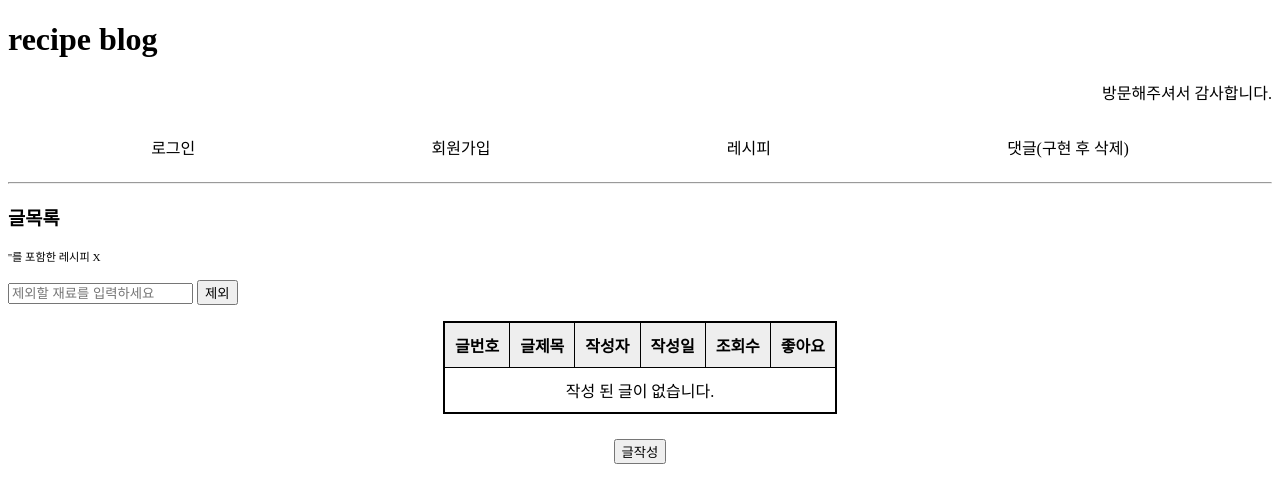
Repository: jeong-hyeran/recipe
Page: http://localhost/recipe/WEB-INF/views/board/searchList.jsp
The author's editor kept a copy of each file at every save. The page is drawn from the files as they stood at one save, then again after the next save.
The browser window is 1280 px wide. The pictures show the whole page.
The page is served by Tomcat 9. Nobody is signed in. The template is opened directly, without the code that normally fills it, so the values that code supplies are empty.

Above is the page before, as saved 2023-09-27 09:24:20.

After the next save:
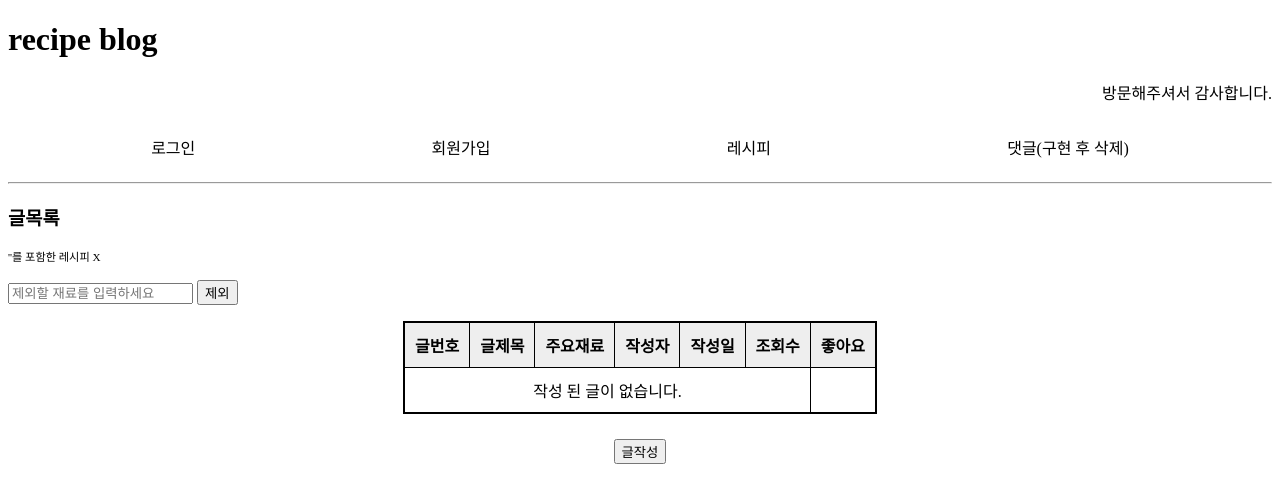
Saved 50 s later.
--- a/recipe_project/recipe/src/main/webapp/WEB-INF/views/board/searchList.jsp
+++ b/recipe_project/recipe/src/main/webapp/WEB-INF/views/board/searchList.jsp
@@ -23,6 +23,7 @@
 		<tr>
 			<th>글번호</th>
 			<th>글제목</th>
+			<th>주요재료</th>
 			<th>작성자</th>
 			<th>작성일</th>
 			<th>조회수</th>
